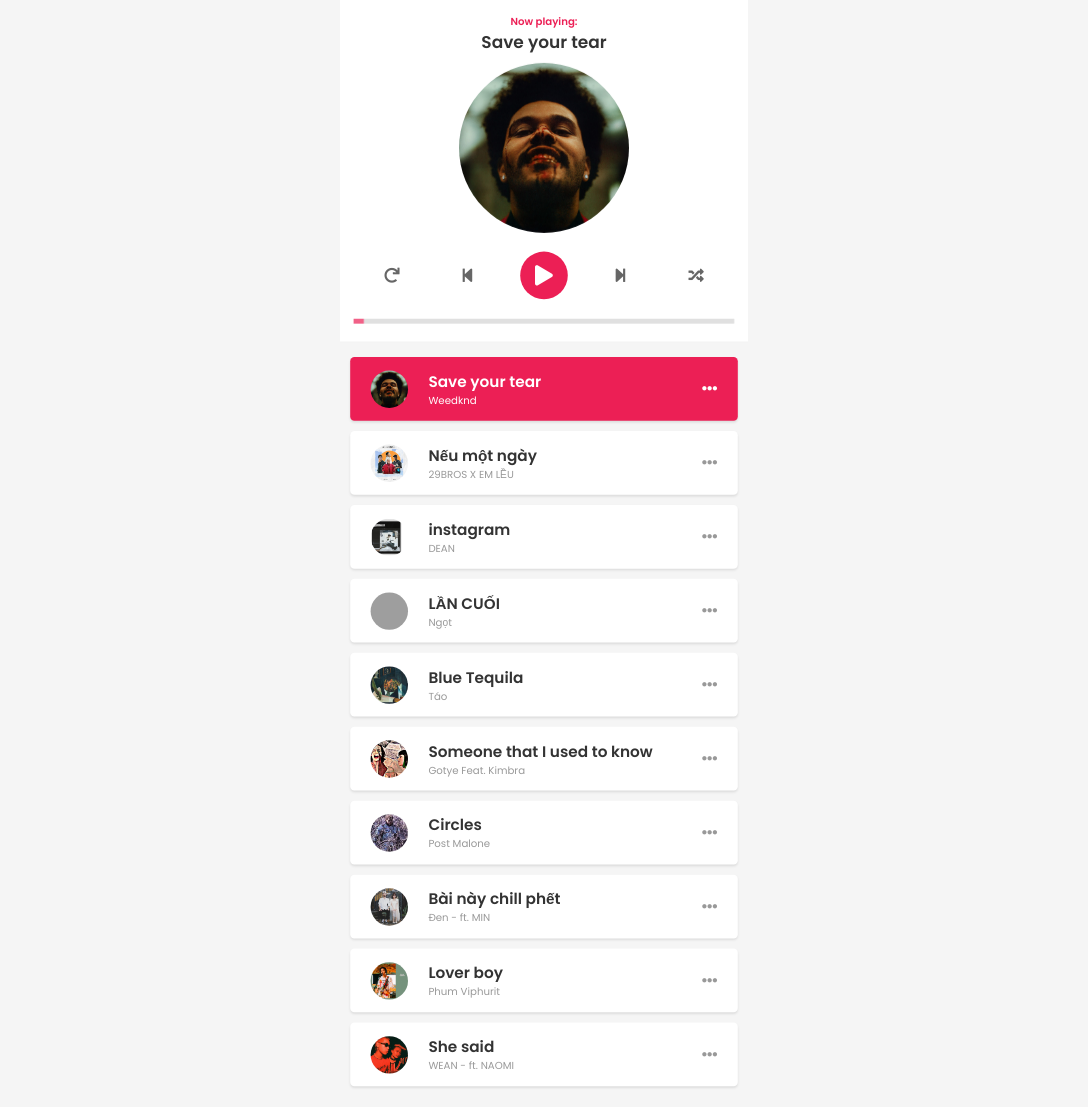
Repository: AnhTuan191298/sent-file-hoang
Page: music_player_f8/index.html
An editor plug-in stored every save of this project. The page is shown before and after the next save, followed by the edit.
The browser window is 1280 px wide. The pictures show the whole page, at 85% of full size.
Pictures or frames that could not be fetched are drawn as grey boxes.

Above is the page before, as saved 2021-02-18 16:04:17.

After the next save:
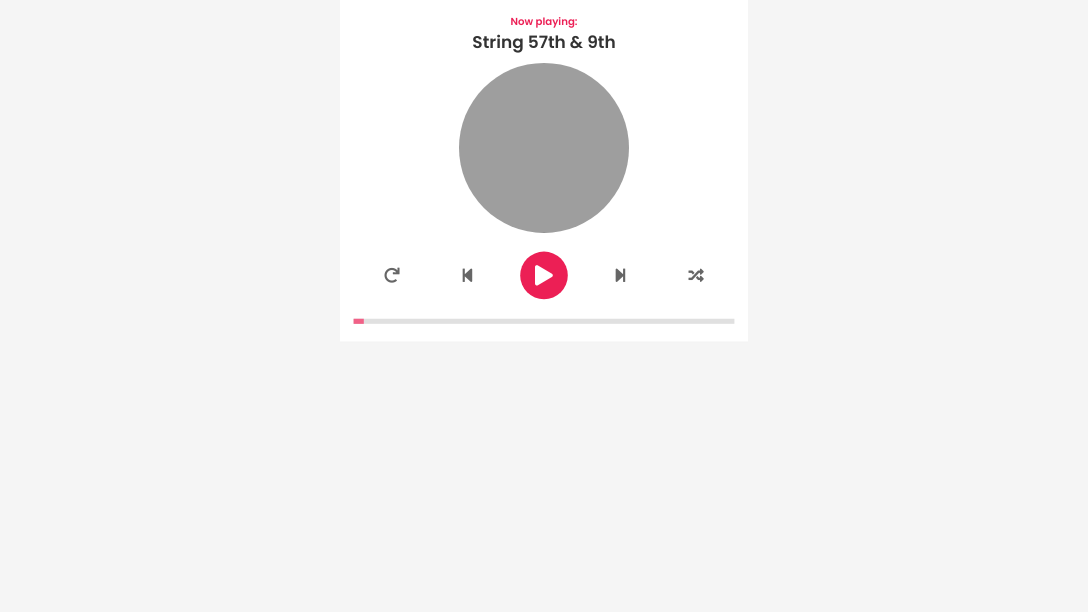
Console error: SyntaxError: Unexpected token '}'
Saved 5 min 17 s later.
--- a/music_player_f8/assets/js/main.js
+++ b/music_player_f8/assets/js/main.js
@@ -229,6 +229,9 @@
             }
         }
 
+        //Lắng nghe hành vi khi click vào play list
+        playlist.
+
     },
     scrollToActiveSong: function() {
         setTimeout(() => {

After the save that followed:
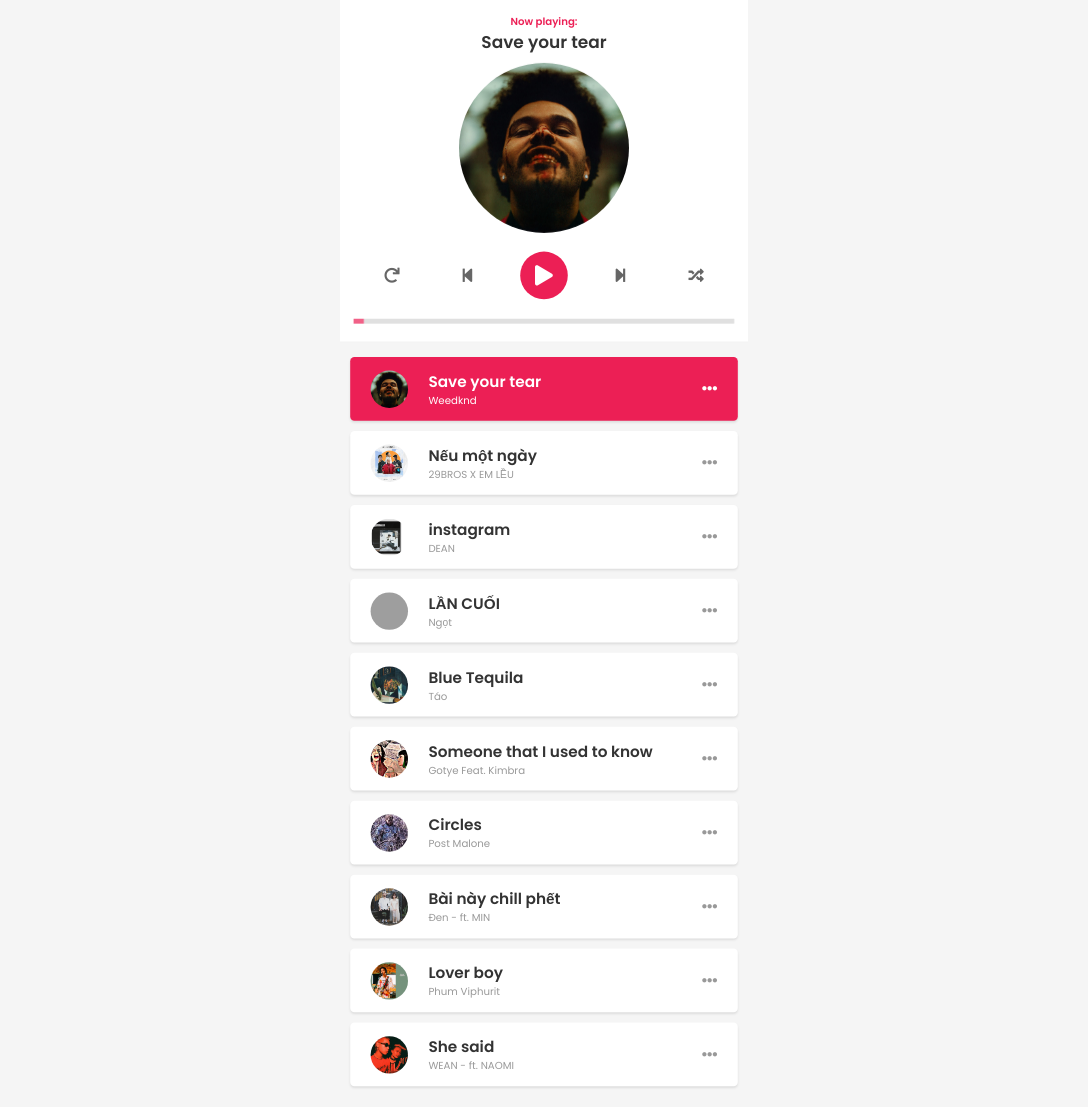
The error is gone.
Saved 27 s later.
--- a/music_player_f8/assets/js/main.js
+++ b/music_player_f8/assets/js/main.js
@@ -230,7 +230,9 @@
         }
 
         //Lắng nghe hành vi khi click vào play list
-        playlist.
+        playlist.onclick = function(e) {
+            console.log(e.target);
+        }
 
     },
     scrollToActiveSong: function() {
